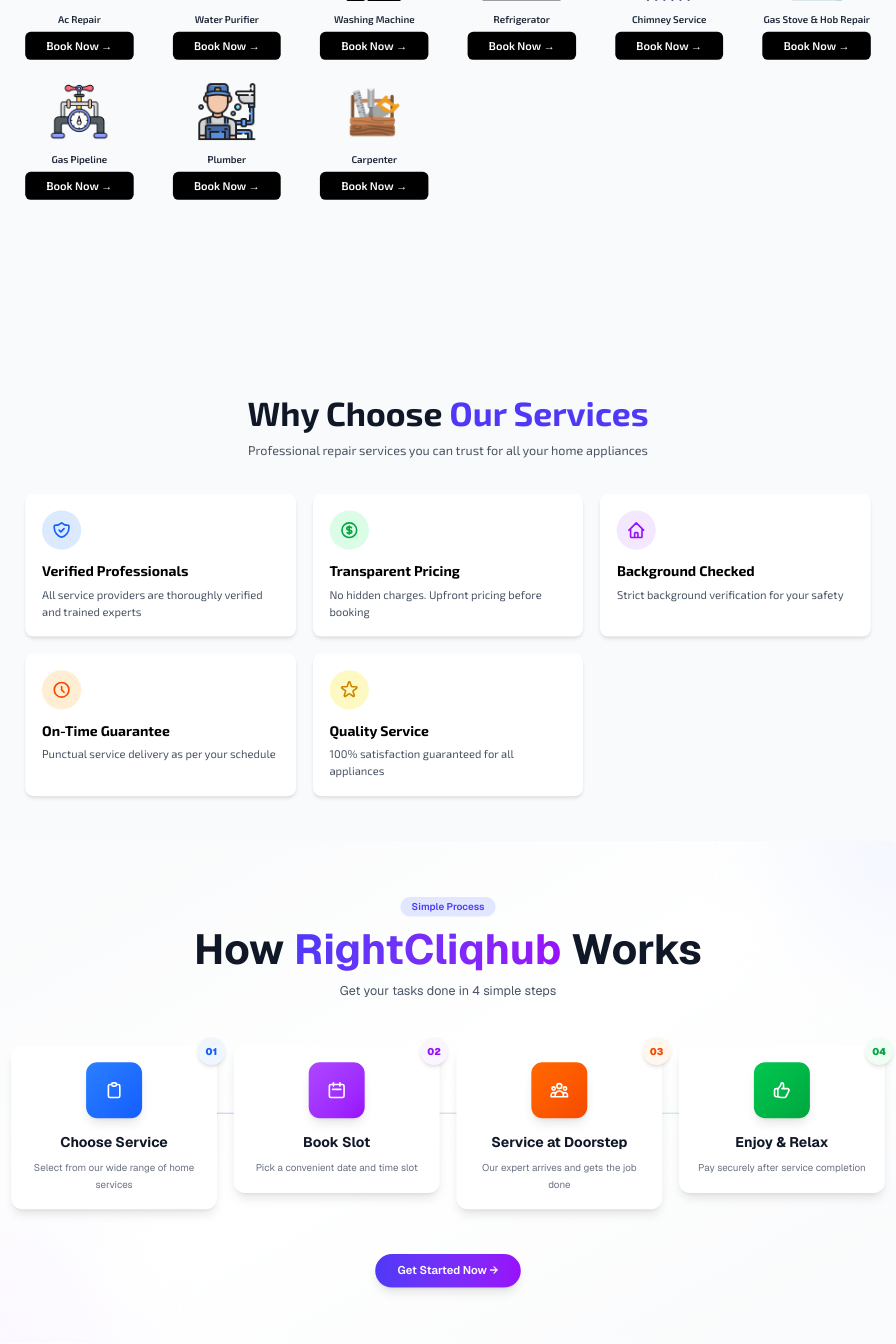
Repository: deepak445566/repai
Page: / (app in repair/)
These files come from the project's save history. The page is drawn as it stood at one moment and after a run of saves; the edit follows.
The browser window is 1280 px wide. The pictures show the part of the page from y = 938 to 2858 px (the page is 2858 px tall), at 70% of full size.
Pictures or frames that could not be fetched are drawn as grey boxes. The project was rebuilt for these pictures with package versions that can differ from the ones it lists, and the page was loaded fresh each time. The framework's server and built-in components were replaced by stand-ins that run in the browser. Also part of the build but not shown: repair/next.config.mjs.

Above is the page before, as saved 2026-04-15 14:42:38.

After the next 2 saves:
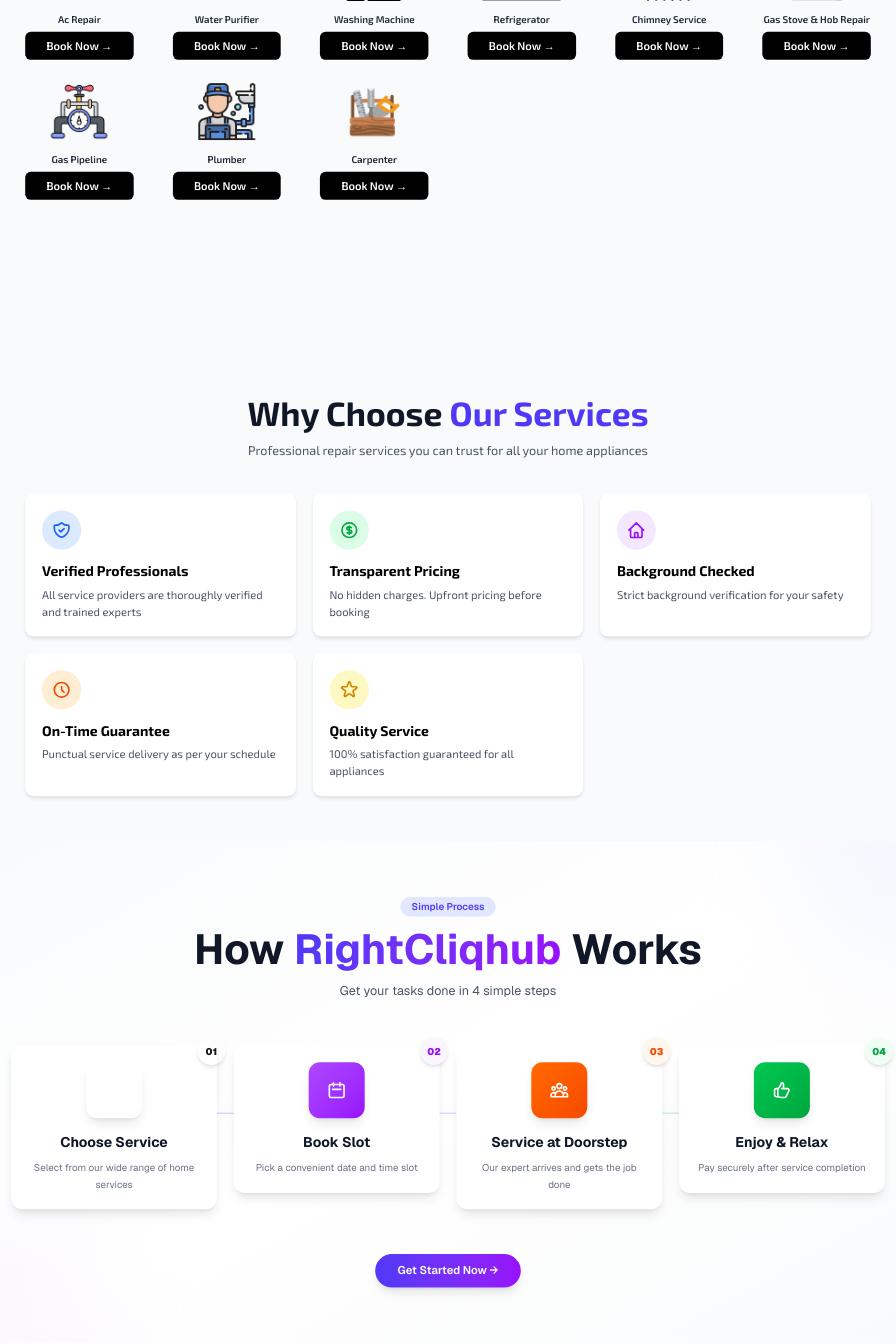
The 2 saves are shown as one change because they came seconds apart.
The last was saved 31 s later.
--- a/repair/src/components/work.jsx
+++ b/repair/src/components/work.jsx
@@ -23,7 +23,7 @@
       number: "01",
       title: "Choose Service",
       description: "Select from our wide range of home services",
-      color: "blue",
+      color: "black",
       icon: (
         <svg className="w-6 h-6 sm:w-7 sm:h-7" fill="none" stroke="currentColor" viewBox="0 0 24 24">
           <path strokeLinecap="round" strokeLinejoin="round" strokeWidth={2} d="M9 5H7a2 2 0 00-2 2v12a2 2 0 002 2h10a2 2 0 002-2V7a2 2 0 00-2-2h-2M9 5a2 2 0 002 2h2a2 2 0 002-2M9 5a2 2 0 012-2h2a2 2 0 012 2" />
